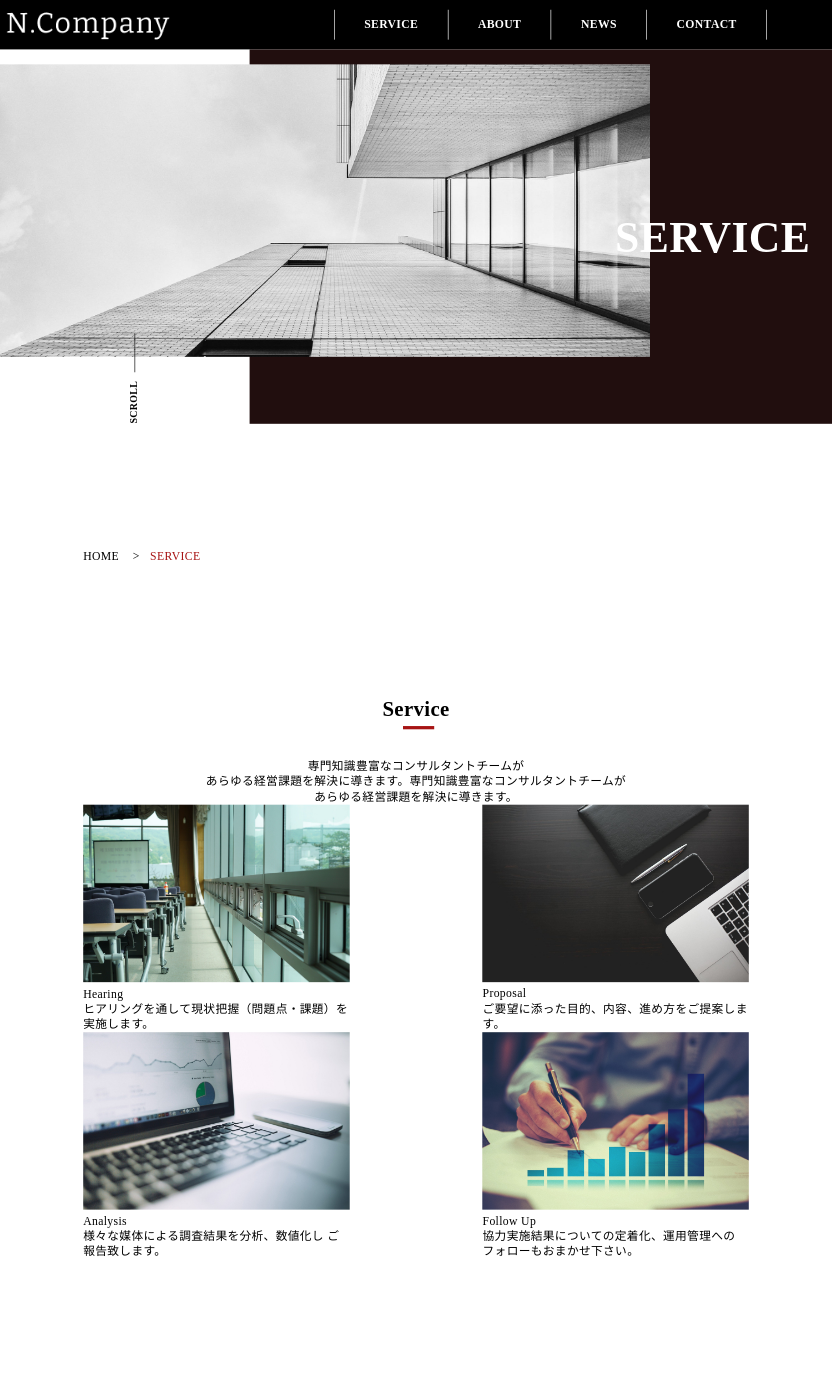
Repository: nozomi-23/hp2_test
Page: html/service.html
The author's editor kept a copy of each file at every save. The page is drawn from the files as they stood at one save, then again after the next save.
The browser window is 1280 px wide. The pictures show the whole page, at 65% of full size.
Some web fonts or font styles are not loaded; a fallback is used. Some web libraries are served in a nearby version.

Above is the page before, as saved 2022-06-25 21:54:06.

### html/service.html
<!DOCTYPE html>
<html lang="ja">

<head>
  <meta charset="UTF-8">
  <title>コンサル事業 N.Company</title>
  <meta name="description" content="専門知識豊富なコンサルタントチームがあらゆる経営課題を解決に導きます。">
  <meta name="keywords" content="コンサル,経営改善,サポート">
  <meta name="viewport" content="width=device-width, initial-scale=1.0">
  <meta property="og:title" content="コンサル事業 N.Company">
  <meta property="og:type" content="article">
  <meta property="og:url" content="https://withcode-plus.tech">
  <meta property="og:image" content="img/logo.png">
  <meta property="og:description" content="専門知識豊富なコンサルタントチームがあらゆる経営課題を解決に導きます。">
  <meta property="og:site_name" content="コンサル事業">
  <link rel="icon" href="favicon.ico">
  <link rel="apple-touch-icon" sizes="180x180" href="img/logo.png">
  <link rel="preconnect" href="https://fonts.googleapis.com">
  <link rel="preconnect" href="https://fonts.gstatic.com" crossorigin>
  <link rel="preconnect" href="https://fonts.googleapis.com">
  <link rel="preconnect" href="https://fonts.gstatic.com" crossorigin>
  <link rel="preconnect" href="https://fonts.googleapis.com">
  <link rel="preconnect" href="https://fonts.gstatic.com" crossorigin>
  <link href="https://fonts.googleapis.com/css2?family=Bitter:wght@300;400&display=swap" rel="stylesheet">
  <link href="https://fonts.googleapis.com/css2?family=Noto+Serif+JP:wght@400;500;700&display=swap" rel="stylesheet">
  <script src="https://kit.fontawesome.com/b17c2acbc6.js" crossorigin="anonymous"></script>
  <link rel="stylesheet" type="text/css" href="../css/reset.css">
  <link rel="stylesheet" type="text/css" href="../css/common1.css">
  <link rel="stylesheet" type="text/css" href="../css/common2.css">
  <link rel="stylesheet" type="text/css" href="../css/service.css">
</head>

<body>
  <!-- ======== header ===== -->
  <header>
    <div class="header_inner">
      <h1 class="header_logo">
        <a href="../index.html"><img src="../img/logo.png" alt="ロゴ画像"></a>
      </h1>
      <nav class="header_nav">
        <ul>
          <li>
            <a href="#">SERVICE</a>
          </li>
          <li>
            <a href="../html/about.html">ABOUT</a>
          </li>
          <li>
            <a href="../html/news.html">NEWS</a>
          </li>
          <li>
            <a href="../html/contact.html">CONTACT</a>
          </li>
        </ul>
      </nav>
    </div>
    <div class="drawer"></div>
  </header>

  <!-- ======== fv ===== -->

  <section class="service_fv">
    <div class="service_fv_wrapper">
      <div class="service_fv_img">
        <img src="../img/service_main.png" alt="メイン画像">
      </div>
      <div class="fv_txt_wrapper_2">
        <span class="top_arrow_txt">SCROLL</span>
      </div>
      <div class="fv_ttl_wrapper">
        <h2 class="service_fv_ttl">SERVICE</h2>
      </div>
    </div>
  </section>

  <!-- ======== パンくずリスト ===== -->

  <section class="breadcrumb section">
    <div class="inner">
      <ul class="breadcrumb_list">
        <li class="breadcrumb_item">
          <a href="../index.html"><span>HOME</span></a>
        </li>
        <li class="breadcrumb_item">
          <a href="../index.html"><span class="color">SERVICE</span></a>
        </li>
      </ul>
    </div>
  </section>

  <!-- ======== service_intro ===== -->

  <section class="service_intro section">
    <div class="inner">
      <div class="service_tex">
        <h3 class="section_ttl">Service</h3>
        <p class="service_txt">専門知識豊富なコンサルタントチームが<br>
          あらゆる経営課題を解決に導きます。専門知識豊富なコンサルタントチームが<br>あらゆる経営課題を解決に導きます。</p>
      </div>
      <div class="service_intro_all">
        <ul class="intro_list">
          <li class="intro_item">
            <div class="intro_item_img">
              <img src="../img/hearing.png" alt="hearing画像">
            </div>
            <div class="intro_item_txt">
              <p class="intro_txt_ttl">Hearing</p>
              <p class="intro_txt_txt">ヒアリングを通して現状把握（問題点・課題）を実施します。</p>
            </div>
          </li>
          <li class="intro_item">
            <div class="intro_item_img">
              <img src="../img/proposal.png" alt="proposal画像">
            </div>
            <div class="intro_item_txt">
              <p class="intro_txt_ttl">Proposal</p>
              <p class="intro_txt_txt">ご要望に添った目的、内容、進め方をご提案します。</p>
            </div>
          </li>
          <li class="intro_item">
            <div class="intro_item_img">
              <img src="../img/analysis.png" alt="analysis画像">
            </div>
            <div class="intro_item_txt">
              <p class="intro_txt_ttl">Analysis</p>
              <p class="intro_txt_txt">様々な媒体による調査結果を分析、数値化し
              ご報告致します。</p>
            </div>
          </li>
          <li class="intro_item">
            <div class="intro_item_img">
              <img src="../img/followup.png" alt="followup画像">
            </div>
            <div class="intro_item_txt">
              <p class="intro_txt_ttl">Follow Up</p>
              <p class="intro_txt_txt">協力実施結果についての定着化、運用管理への
              フォローもおまかせ下さい。</p>
            </div>
          </li>
        </ul>
      </div>
      </div>
    </div>
  </section>
</body>
<script src="https://ajax.googleapis.com/ajax/libs/jquery/3.5.1/jquery.min.js"></script>
<script type="text/javascript" src="js/common.js"></script>

</html>

### css/reset.css
@charset "UTF-8";

html,
body,
div,
span,
object,
iframe,
h1,
h2,
h3,
h4,
h5,
h6,
p,
blockquote,
pre,
abbr,
address,
cite,
code,
del,
dfn,
em,
img,
ins,
kbd,
q,
samp,
small,
strong,
sub,
sup,
var,
b,
i,
dl,
dt,
dd,
ol,
ul,
li,
fieldset,
form,
label,
legend,
table,
caption,
tbody,
tfoot,
thead,
tr,
th,
td,
article,
aside,
canvas,
details,
figcaption,
figure,
footer,
header,
hgroup,
menu,
nav,
section,
summary,
time,
mark,
audio,
video {
  margin: 0;
  padding: 0;
  border: 0;
  outline: 0;
  font-size: 100%;
  vertical-align: baseline;
  background: transparent;
}

body {
  line-height: 1;
}

article,
aside,
details,
figcaption,
figure,
footer,
header,
hgroup,
menu,
nav,
section {
  display: block;
}

nav ul {
  list-style: none;
}

blockquote,
q {
  quotes: none;
}

blockquote:before,
blockquote:after,
q:before,
q:after {
  content: '';
  content: none;
}

a {
  margin: 0;
  padding: 0;
  font-size: 100%;
  vertical-align: baseline;
  background: transparent;
}

/* change colours to suit your needs */
ins {
  background-color: #ff9;
  color: #000;
  text-decoration: none;
}

/* change colours to suit your needs */
mark {
  background-color: #ff9;
  color: #000;
  font-style: italic;
  font-weight: bold;
}

del {
  text-decoration: line-through;
}

abbr[title],
dfn[title] {
  border-bottom: 1px dotted;
  cursor: help;
}

table {
  border-collapse: collapse;
  border-spacing: 0;
}

/* change border colour to suit your needs */
hr {
  display: block;
  height: 1px;
  border: 0;
  border-top: 1px solid #cccccc;
  margin: 1em 0;
  padding: 0;
}

input,
select {
  vertical-align: middle;
}

### css/common1.css
@charset "UTF-8";

body {
  font-size: 18px;
  color: #000;
  letter-spacing: 0.03em;
  font-family: 'Noto Serif JP', serif;
  line-height: 1.3;
}
li {
  list-style: none;
}
a {
  text-decoration: none;
  cursor: pointer;
  color: #000;
}
/* =====================
共通レイアウト
========================*/

.section {
  margin: 15% 0;
  position: relative;
}

.inner {
  width: 80%;
  height: auto;
  margin: 0 auto;
  /* background-color: aqua; */
}

/* =====================
共通パーツ
========================*/

.section_ttl {
  position: relative;
  font-size: 2rem;
  font-weight: bold;
  display: inline-block;
  margin-bottom: 4.5%;
  padding: 1%;
}

.section_ttl::after {
  content: "";
  position: absolute;
  bottom: 0;
  left: 34%;
  display: inline-block;
  width: 3rem;
  border-bottom: 5px solid #A71414;
}

.btn {
  width: 25%;
  margin: 0 auto;
}

.btn a {
  text-align: center;
  color: #fff;
  background: #210E0E;
  font-weight: bold;
  line-height: 4;
  display: block;
  width: 100%;
  height: 100%;
  cursor: pointer;
  transition: all 0.5s;
}

.btn a:hover {
  opacity: 0.8;
  transition: all 0.5s;
}
/* =====================
header
========================*/
header {
  background: #000;
}

.header_inner {
  display: flex;
  justify-content: space-between;
  align-items: center;
  padding: 0.7%;
}

.header_logo {
  width: 20%;
}
.header_logo img {
  width: 100%;
  height: 100%;
}

.header_nav {
  width: 60%;
  height: auto;
}

.header_nav ul {
  display: flex;
  align-items: center;
}

.header_nav ul li {
  padding: 1.5% 6%;
  border-left: solid 1px #fff;
}

.header_nav ul li:last-child {
  border-right: solid 1px #fff;
}

.header_nav ul li a {
  display: block;
  color: #fff;
  font-weight: bold;
}

.header_nav ul li a:hover {
  color: #AB9999;
}

header .drawer {
  visibility: hidden;
}

/* =====================
footer
========================*/

footer {
  background: #000;
  padding: 2%;
  text-align: center;
}

.footer_logo {
  margin: 0 auto;
  width: 15%;
  height: auto;
}

.footer_logo img {
  width: 100%;
  height: 100%;
}

.footer_list {
  width: 70%;
  height: auto;
  display: flex;
  justify-content: center;
  align-items: center;
  margin: 3.5% auto;
}

.footer_list li {
  padding: 1% 6%;
  border-left: solid 1px #fff;
}

.footer_list li:last-child {
  border-right: solid 1px #fff;
}

.footer_list li a {
  color: #fff;
  font-size: 0.95rem;
}

.footer_list li a:hover {
  color: #AB9999;
}

.footer_sns {
  display: flex;
  align-items: center;
  justify-content: center;
  margin: 3% 0;
}

.sns_icon.sns_icon1 {
  margin-right: 2.5%;
}

.sns_icon.sns_icon1,
.sns_icon.sns_icon2 {
  font-size: 2.25rem;
}
.sns_icon a {
  color: #fff;
}

.sns_icon {
  transition: 0.2s;
}

.sns_icon:hover {
  transition: 0.2s;
  transform: translateY(-5px);
}


footer small {
  color: #fff;
  font-size: 0.8rem;
  display: block;
  margin: 1.5% 0;
}

### css/common2.css
@charset "UTF-8";

/* =====================
fv
========================*/
.service_fv_wrapper {
  display: flex;
  position: relative;
}

.service_fv_img {
  position: absolute;
  z-index: 1;
  top: 4%;
  left: 0;
}

.service_fv_img img {
  width: 100%;
  height: 100%;
}

.fv_txt_wrapper_2 {
  position: relative;
  width: 30%;
  height: 80vh;
}

.fv_ttl_wrapper {
  width: 70%;
  height: 80vh;
  background: #210E0E;
  align-items: center;
  display: flex;

}

.service_fv_ttl {
  color: #fff;
  font-weight: bold;
  font-size: 4.2rem;
  margin-left: auto;
  padding-right: 0.5em;
  z-index: 3;
}

.top_arrow_txt {
  position: absolute;
  bottom: 4%;
  left: 45%;
  transform: rotate(270deg);
  font-weight: bold;
  font-size: 0.95rem;
  z-index: 3;
}

.top_arrow_txt::after {
  content: "";
  width: 60px;
  border-bottom: solid 1px;
  display: inline-block;
  position: absolute;
  bottom: 40%;
  left: 120%;
}

/* =====================
パンくずリスト
========================*/
.breadcrumb_list {
  display: flex;
}

.breadcrumb_item::after {
  content: ">";
  padding: 0 1rem;
}

.breadcrumb_item:last-child::after {
  content: "";
}

.breadcrumb_item .color {
  color: #A71414;
}

### css/service.css
@charset "UTF-8";


/* =====================
service_intro
========================*/
.service_tex {
  text-align: center;
}

.service_all {
  margin: 10% 0;
}

.service_txt {
  width: 70%;
  height: auto;
  margin: 0 auto;
  text-align: center;
}

.intro_list {
  display: flex;
  justify-content: space-between;
  flex-wrap: wrap;
}

.intro_item {
  width: 40%;
  height: auto;
}


.intro_item_img img {
  width: 100%;
  height: 100%;
}

Loaded but not shown: js/common.js (no copy from this time; the picture is the same without it)

After the next save:
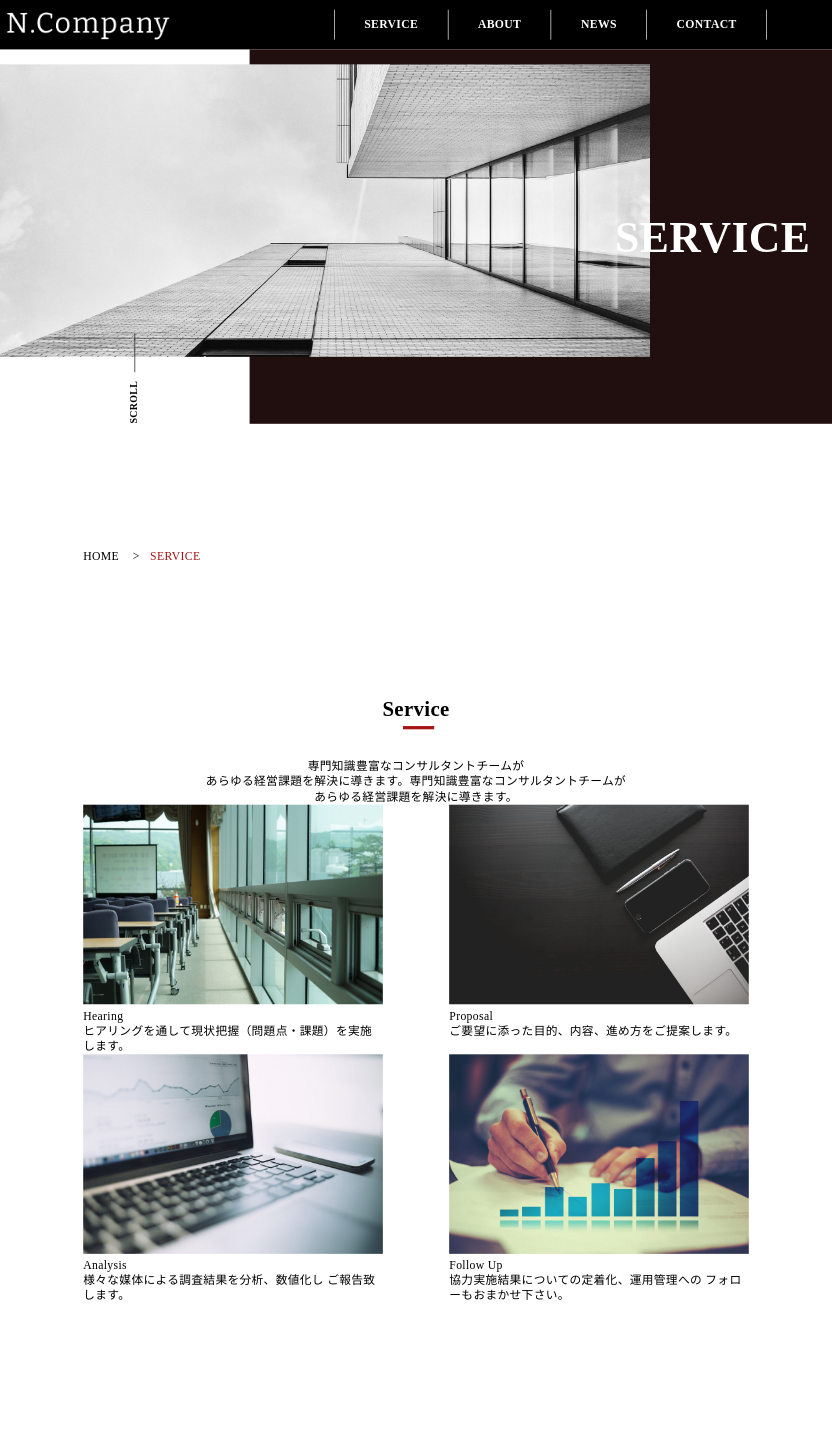
Saved 9 s later.
--- a/css/service.css
+++ b/css/service.css
@@ -26,7 +26,7 @@
 }
 
 .intro_item {
-  width: 40%;
+  width: 45%;
   height: auto;
 }
 

After the save that followed:
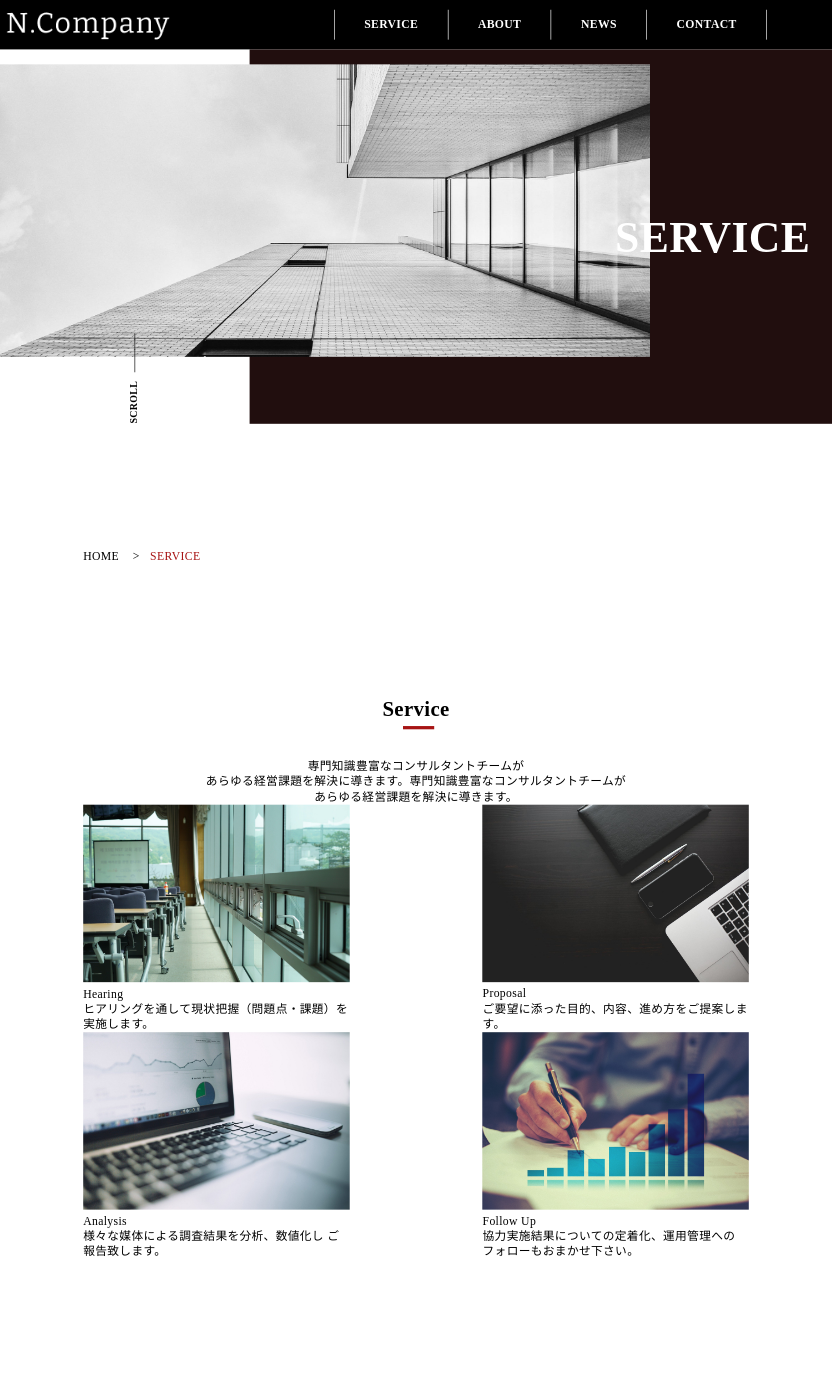
Saved 8 s later.
--- a/css/service.css
+++ b/css/service.css
@@ -26,7 +26,7 @@
 }
 
 .intro_item {
-  width: 45%;
+  width: 40%;
   height: auto;
 }
 
